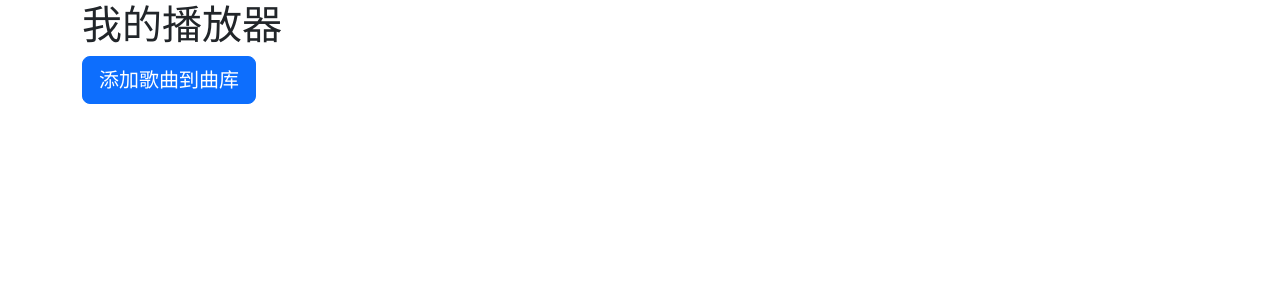
Repository: Ostask/electronTest
Page: renderer/index.html
An editor plug-in stored every save of this project. The page is shown before and after the next save, followed by the edit.
The browser window is 1280 px wide. The pictures show the whole page.
Some web libraries are served in a nearby version.

Above is the page before, as saved 2020-03-25 11:26:30.

### renderer/index.html
<!DOCTYPE html>
<html>
  <head>
    <meta charset="UTF-8">
    <title>本地播放器</title>
    <link rel="stylesheet" href="../node_modules/bootstrap/dist/css/bootstrap.min.css">
  </head>
  <body>
    <div class="container mt4">
        <h1>我的播放器</h1>
        <button type="button" class="btn btn-primary btn-lg btn-block mt4">添加歌曲到曲库</button>
    </div>
  </body>
</html>

After the next save:
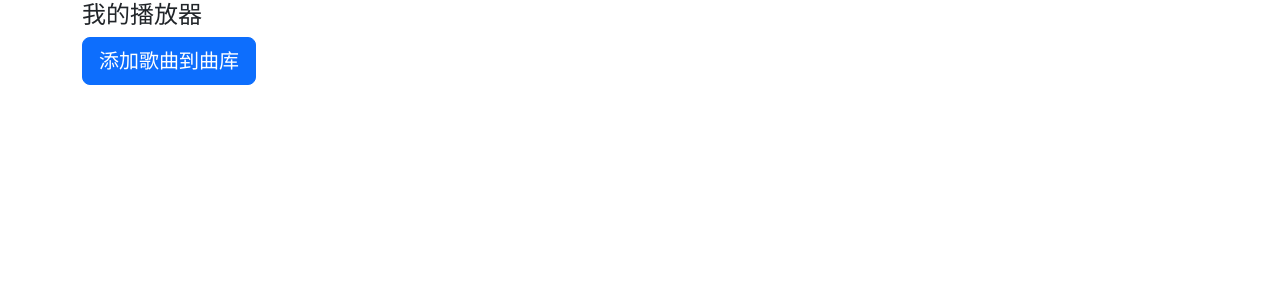
Saved 58 s later.
--- a/renderer/index.html
+++ b/renderer/index.html
@@ -7,7 +7,7 @@
   </head>
   <body>
     <div class="container mt4">
-        <h1>我的播放器</h1>
+        <h4>我的播放器</h1>
         <button type="button" class="btn btn-primary btn-lg btn-block mt4">添加歌曲到曲库</button>
     </div>
   </body>
